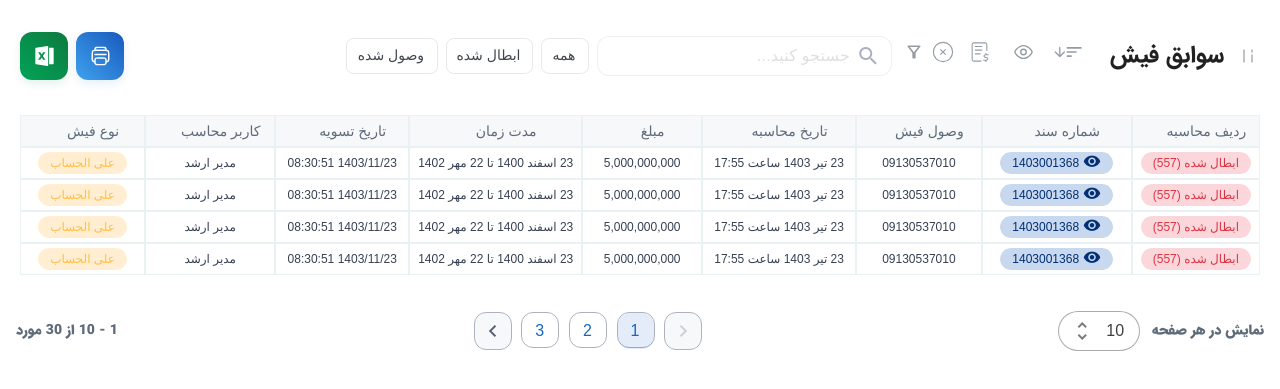
Repository: mobinazarein/data-table
Page: /
The author's editor kept a copy of each file at every save. The page is drawn from the files as they stood at one save, then again after the next save.
The browser window is 1280 px wide. The pictures show the whole page.
Some web fonts or font styles are not loaded; a fallback is used. The project was rebuilt for these pictures with package versions that can differ from the ones it lists, and the page was loaded fresh each time. Also part of the build but not shown: vue.config.js.

Above is the page before, as saved 2025-03-26 10:15:19.

### public/index.html
<!DOCTYPE html>
<html lang="en" dir="rtl">
  <head>
    <meta charset="utf-8">
    <meta http-equiv="X-UA-Compatible" content="IE=edge">
    <meta name="viewport" content="width=device-width,initial-scale=1.0">
    <link rel="icon" href="<%= BASE_URL %>favicon.ico">
    <title><%= htmlWebpackPlugin.options.title %></title>
  </head>
  <body>
    <noscript>
      <strong>We're sorry but <%= htmlWebpackPlugin.options.title %> doesn't
        work properly without JavaScript enabled. Please enable it to
        continue.</strong>
    </noscript>
    <div id="app"></div>
    <!-- built files will be auto injected -->
  </body>
</html>

### src/assets/base.scss
// @import "./styles/fonts";

*,
*::before,
*::after {
  box-sizing: border-box;
  margin: 0;
  font-weight: normal;
  font-family: "IRANSans", sans-serif;
  letter-spacing: 0;
}

body {
  font-family: "IRANSans", sans-serif !important;
}
h1,
h2 {
  font-family: "IRANSans", sans-serif;
  font-weight: 700;
}
p {
  font-family: "IRANSans", sans-serif;
  font-weight: 400;
}

### src/components/DataTable.vue
<template>
  <v-container fluid>
    <!-- desktop -->
    <v-row class="align-center py-3 px-1 d-none d-md-flex" no-gutters>
      <v-col cols="12" md="10" class="d-flex align-center  justify-start">
        <div class="d-flex align-center gap-24 justify-start">
          <div class="d-flex align-center text-nowrap">
            <component :is="iconComponent" />
            <h2 class="mr-3 ml-5 text-nowrap " style="white-space: nowrap;">{{ title }}</h2>
          </div>
          <!-- <PaginationIcon class="mx-1" />
          <EyeIcon class="mx-1" />
          <InvoiceIcon class="mx-1 ml-2" />
          <CircleCross class="mx-1 ml-2" />
          <FilterIcon class="mx-1" /> -->
          <div v-for="(icon, index) in iconList" :key="index">
            <component v-if="icon" :is="icon" class="mx-1" />
          </div>
          <v-text-field v-if="showSearchBtn" variant="outlined" density="compact" hide-details
            class="custom-text-field mx-2" label="جستجو کنید..." prepend-inner-icon="mdi-magnify" width="295.6875px" />
          <v-btn variant="outlined" color="gray" class="rounded-lg ml-2 filter-btn"
            style="max-width: 48px;min-width: 48px;font-size: 14px !important;">همه</v-btn>
          <v-btn variant="outlined" color="gray" class="ml-2 rounded-lg filter-btn"
            style="max-width: 87px;min-width: 87px;font-size: 14px !important;">ابطال شده</v-btn>
          <v-btn variant="outlined" color="gray" class="ml-2 rounded-lg filter-btn px-3"
            style="max-width: 92px;min-width: 92px;font-size: 14px !important;">وصول شده</v-btn>
        </div>
      </v-col>
      <v-col cols="auto" md="2" class="d-flex align-center justify-end" v-if="props.showExportButtons">
        <v-btn icon variant="flat" class="ml-2 printer-btn">
          <PrinterIcon />
        </v-btn>
        <v-btn icon variant="flat" class="excel-btn">
          <ExcelIcon />
        </v-btn>
      </v-col>
    </v-row>
    <!-- mobile-->
    <v-row class="align-center d-flex d-md-none flex-no-wrap justify-between ">
      <v-col cols="12" class="d-flex align-center flex-no-wrap">
        <v-row no-gutters>
          <v-col cols="12">
            <div class="d-flex justify-space-between gap-8">
              <h2 class="text-nowrap " style="font-size: 20px; font-weight: 700;">سوابق فیش</h2>
              <div class="d-flex">
                <v-btn variant="outlined"
                  style="max-width: 44px !important;min-width:44px !important;height: 40px !important;font-size: 12px;font-weight: 400;border-radius: 62px !important;"
                  color="gray" class="rounded-xl px-4 ml-2 filter-btn">همه</v-btn>
                <v-btn variant="outlined"
                  style="max-width: 80px !important;min-width:74px !important;height: 40px !important;font-size: 12px;font-weight: 400;border-radius: 42px !important;"
                  color="gray" class="ml-2 rounded-xl px-4 filter-btn">ابطال شده</v-btn>
                <v-btn variant="outlined" color="gray" class=" rounded-xl px-4 filter-btn ml-1"
                  style="max-width: 89px !important;min-width:77px !important;height: 40px !important;font-size: 12px;font-weight: 400;border-radius: 42px !important;">وصول
                  شده</v-btn>
              </div>
            </div>
          </v-col>
        </v-row>
      </v-col>
      <v-col cols="12" class="d-flex justify-center">
        <div class="d-flex flex-column ">
          <div class="gap-8 d-flex justify-space-between flex-wrap">
            <PaginationIcon class="mx-1" />
            <EyeIcon class="mx-1" />
            <InvoiceIcon class="mx-1" />
            <CircleCross class="mx-1 mt-3 mr-3" />
            <FilterIcon class="mx-1 mt-3 mr-3" />
            <PrinterIcon iconColor="#767E8A" class="mx-1 mt-3 mr-3" />
            <ExcelIcon iconColor="#767E8A" class="mx-1 mt-3 mr-3  ml-5" />
          </div>
          <v-text-field width="341px" variant="outlined" hide-details class="custom-text-field mx-2"
            label="جستجو کنید..." prepend-inner-icon="mdi-magnify" v-if="showSearchBtn" />
        </div>
      </v-col>
    </v-row>
    <v-row no-gutters class="px-1">
      <v-col cols="12" md="12" class="mt-5">
        <!-- <template v-slot:item.row="{ item }">
            <v-chip style="background-color: #FFEEF0;color: #DC3545;height: 22px;border-radius: 8px;font-size: 12px;"
              class="">
              {{ item.row }}
            </v-chip>
          </template>
<template v-slot:item.documentNumber="{ item }">
            <v-chip color="blue" class="ma-1 "
              style="width: 150px;height: 22px !important; border-radius: 8px;padding: 0;font-size: 12px;">
              <v-icon end color="#013075" size="xl" class="pa-0 mt-1">mdi-eye</v-icon>
              <v-btn variant="text" color="#013075" size="small">
                مشاهده [{{ item.documentNumber }}]
              </v-btn>
            </v-chip>
          </template>
<template v-slot:item.receiptType="{ item }">
            <v-chip style="background-color: #FFBE4C26;color: #FFBE4C;height: 22px;font-size: 12px;"
              class=" font-weight-bold">
              {{ item.receiptType }}
            </v-chip>
          </template> -->
        <v-data-table :headers="headers" :items="items" :items-per-page="props.itemsPerPage" hide-default-footer>
          <template v-for="column in props.customStyles" #[`item.${column.key}`]="{ item }" :key="column.key">
            <v-chip
              :style="{ backgroundColor: column.bgColor, color: column.textColor, height: '22px', fontSize: '12px', cursor: column.icon ? 'pointer' : 'default' }"
              class="font-weight-bold">
              <v-icon v-if="column.icon" :color="column.iconColor" :size="column.iconSize" class="ml-1 mb-1">
                {{ column.icon }}
              </v-icon>
              {{ item[column.key] }}
            </v-chip>
          </template>
        </v-data-table>
      </v-col>
    </v-row>
    <v-row class="justify-space-between d-md-none align-center px-1 mt-8 ">
      <div class="d-flex align-center ">
        <p class="footer-text">نمایش در هر صفحه</p>
        <v-select v-model="itemsPerPage" :items="[10, 20, 50]" density="compact" variant="outlined" rounded="pill"
          class="custom-select mr-3" hide-details menu-icon="mdi-unfold-more-horizontal"></v-select>
      </div>
      <div class="footer-middle">
        <span class="footer-text"> {{ startIndex }} - {{ endIndex }} از {{ totalItems }} مورد </span>
      </div>
      <div class="mt-5" style="margin-left: auto; margin-right: auto;">
        <v-pagination v-model="page" :length="totalPages" total-visible="5" rounded density="comfortable"
          color="primary" class="custom-pagination"></v-pagination>
      </div>
    </v-row>
    <v-row class="justify-space-between d-none d-md-flex align-center px-3 mt-8">
      <div class="d-flex align-center ">
        <p class="footer-text">نمایش در هر صفحه</p>
        <v-select v-model="itemsPerPage" :items="[10, 20, 50]" density="compact" variant="outlined" rounded="pill"
          class="custom-select mr-3" hide-details menu-icon="mdi-unfold-more-horizontal"></v-select>
      </div>
      <div class="footer-right">
        <v-pagination v-model="page" :length="totalPages" total-visible="5" rounded density="comfortable"
          color="primary" class="custom-pagination"></v-pagination>
      </div>
      <div class="footer-middle">
        <span class="footer-text"> {{ startIndex }} - {{ endIndex }} از {{ totalItems }} مورد </span>
      </div>
    </v-row>
  </v-container>
</template>
<script setup>
// import PauseIcon from '@/assets/Icons/PauseIcon.vue';
import PaginationIcon from '@/assets/Icons/PaginationIcon.vue';
import EyeIcon from '@/assets/Icons/EyeIcon.vue';
import InvoiceIcon from '@/assets/Icons/InvoiceIcon.vue';
import CircleCross from '@/assets/Icons/CircleCross.vue';
import FilterIcon from '@/assets/Icons/FilterIcon.vue';
import PrinterIcon from '@/assets/Icons/PrinterIcon.vue';
import ExcelIcon from '@/assets/Icons/ExcelIcon.vue';
import { ref, computed } from 'vue';
import { defineProps } from 'vue';
// const pageData = ref({
//   headers: [
//     { title: 'ردیف محاسبه', key: 'row', align: 'center', sortable: true, width: '121px' },
//     { title: 'شماره سند', key: 'documentNumber', align: 'center', sortable: true, width: '165px' },
//     { title: 'وصول فیش', key: 'receiptStatus', align: 'center', sortable: true, width: '139px' },
//     { title: 'تاریخ محاسبه', key: 'calculationDate', align: 'center', sortable: true, width: '159px' },
//     { title: 'مبلغ', key: 'amount', align: 'center', sortable: true, width: '139px' },
//     { title: 'مدت زمان', key: 'duration', align: 'center', sortable: true, width: '165px' },
//     { title: 'تاریخ تسویه', key: 'settlementDate', align: 'center', sortable: true, width: '139px' },
//     { title: 'کاربر محاسب', key: 'user', align: 'center', sortable: true, width: '139px' },
//     { title: 'نوع فیش', key: 'receiptType', align: 'center', sortable: true, width: '139px' }
//   ],
//   items: [
//     {
//       row: 'ابطال شده (557)',
//       documentNumber: '1403001368',
//       receiptStatus: '09130537010',
//       calculationDate: '23 تیر 1403 ساعت 17:55',
//       amount: '5,000,000,000',
//       duration: '23 اسفند 1400 تا 22 مهر 1402',
//       settlementDate: '1403/11/23 08:30:51',
//       user: 'مدیر ارشد',
//       receiptType: 'علی الحساب'
//     },
//     {
//       row: 'ابطال شده (557)',
//       documentNumber: '1403001368',
//       receiptStatus: '09130537010',
//       calculationDate: '23 تیر 1403 ساعت 17:55',
//       amount: '5,000,000,000',
//       duration: '23 اسفند 1400 تا 22 مهر 1402',
//       settlementDate: '1403/11/23 08:30:51',
//       user: 'مدیر ارشد',
//       receiptType: 'علی الحساب'
//     },
//     {
//       row: 'ابطال شده (557)',
//       documentNumber: '1403001368',
//       receiptStatus: '09130537010',
//       calculationDate: '23 تیر 1403 ساعت 17:55',
//       amount: '5,000,000,000',
//       duration: '23 اسفند 1400 تا 22 مهر 1402',
//       settlementDate: '1403/11/23 08:30:51',
//       user: 'مدیر ارشد',
//       receiptType: 'علی الحساب'
//     }, {
//       row: 'ابطال شده (557)',
//       documentNumber: '1403001368',
//       receiptStatus: '09130537010',
//       calculationDate: '23 تیر 1403 ساعت 17:55',
//       amount: '5,000,000,000',
//       duration: '23 اسفند 1400 تا 22 مهر 1402',
//       settlementDate: '1403/11/23 08:30:51',
//       user: 'مدیر ارشد',
//       receiptType: 'علی الحساب'
//     }
//   ]
// });
const props = defineProps({
  itemsPerPage: {
    type: Number,
    default: 10,
  },
  showExportButtons: {
    type: Boolean,
    default: true,
  },
  showSearchBtn: {
    type: Boolean,
    default: true
  },
  customStyles: { type: Array, default: () => [] },
  customIcon: { type: Array, default: () => [] },
  headers: { type: Array, required: true },
  items: { type: Array, required: true },
  title: {
    type: String,
    required: true
  },
  iconComponent: {
    type: [String, Object],
    required: true
  },
  iconList: {
    type: Array,
    required: true
  },
});
const page = ref(1);
const totalItems = ref(30);
const itemsPerPage = ref(props.itemsPerPage);
const totalPages = computed(() => Math.ceil(totalItems.value / itemsPerPage.value));
const startIndex = computed(() => (page.value - 1) * itemsPerPage.value + 1);
const endIndex = computed(() => Math.min(page.value * itemsPerPage.value, totalItems.value));
</script>
<style>
.custom-text-field :deep(.v-input__control) {
  height: 38px;
}

.v-field.v-field--center-affix.v-field--prepended.v-field--variant-outlined.v-theme--light.v-locale--is-rtl {
  border-radius: 12px !important;
}

.excel-btn {
  background: linear-gradient(45deg, #02A357, #0D7A40) !important;
  color: white !important;
  border-radius: 12px !important;
  box-shadow: 0px 4px 10px #0A88481A !important;
  width: 48px !important;
  height: 48px !important;
}

.printer-btn {
  border-radius: 12px !important;
  box-shadow: 0px 4px 10px #216BCA1A !important;
  background: linear-gradient(45deg, #3FA2ED, #1859BD) !important;
  color: white !important;
  width: 48px !important;
  height: 48px !important;
}

.filter-btn:hover,
.filter-btn:focus,
.filter-btn.v-btn--active {
  background-color: #B8DADA !important;
  color: #148976 !important;
  border-color: #148976 !important;
}

.v-field__prepend-inner {
  color: #737993;
}

label.v-label.v-field-label {
  color: #C7CACF;
}

.v-field.v-field--center-affix.v-field--prepended.v-field--variant-outlined.v-theme--light.v-locale--is-rtl {
  color: #77787f4d;
}

.filter-btn {
  border-color: #AEB2C04D !important;
  color: #40474F !important;
  line-height: 180% !important;
  padding: 0px 12px !important;
}

/* .v-table__wrapper {
  overflow: hidden;
} */
.v-data-table thead {
  background-color: #F6F8FA !important;
  width: 138.41665649414062px;
  height: 32px !important;
}

.v-data-table thead th {
  height: 32px !important;
  color: #5F6B7A !important;
  font-weight: 700 !important;
  border: 1px solid #EAF1F2 !important;
  padding: 0 8px !important;
}

.v-data-table tbody tr td {
  height: 32px !important;
  color: #364153 !important;
  font-weight: 500 !important;
  border: 1px solid #EAF1F2 !important;
  white-space: nowrap !important;
  overflow: hidden !important;
  text-overflow: ellipsis !important;
  height: 32px !important;
  padding: 0 8px !important;
  font-size: 12px !important;
  padding: 0 8px !important;
  font-weight: 400 !important;
}

.v-data-table tbody tr {
  height: 32px !important;
}

td.v-data-table__td.v-data-table-column--align-center {
  font-size: 12px !important;
  height: 32px !important
}

th {
  white-space: nowrap;
}

.footer-text {
  color: #5F6B7A;
  font-size: 14px;
  font-weight: 500;
}

.custom-select {
  max-width: 90px;
}

.custom-pagination {
  --v-pagination-height: 40px;
}

.custom-pagination .v-pagination__item {
  border-radius: 12px !important;
  min-width: 36px !important;
  height: 36px !important;
  font-size: 14px !important;
  color: #5B6176 !important;
  border: 1px solid #AEB2C0 !important;
}

.custom-pagination .v-pagination__item--active {
  border-radius: 12px !important;
  min-width: 36px !important;
  height: 36px !important;
  background-color: #B8DADA !important;
  color: #148976 !important;
  border: 1px solid #148976 !important;
  font-weight: bold !important;
  box-shadow: none !important;
}

button.v-btn.v-btn--icon.v-theme--light.text-primary.v-btn--density-comfortable.v-btn--rounded.v-btn--size-default.v-btn--variant-text {
  border-radius: 12px !important;
}

.custom-pagination .v-pagination__prev,
.custom-pagination .v-pagination__next {
  border-radius: 12px !important;
  background-color: #F6F8FA !important;
  color: #5B6176 !important;
  border: 1px solid #AEB2C0 !important;
}

.mdi-chevron-right::before {
  color: #5B6176 !important;
}

.mdi-chevron-left::before {
  color: #5B6176 !important;
}

.custom-pagination .v-pagination__prev:hover,
.custom-pagination .v-pagination__next:hover,
.custom-pagination .v-pagination__prev:focus,
.custom-pagination .v-pagination__next:focus,
.custom-pagination .v-pagination__prev.v-pagination__item--active,
.custom-pagination .v-pagination__next.v-pagination__item--active {
  border: 1px solid #148976 !important;
  color: #148976 !important;
}

.custom-pagination .v-pagination__item--active,
.custom-pagination .v-pagination__item:focus {
  border-radius: 12px !important;
  min-width: 36px !important;
  height: 36px !important;
  background-color: #D8EEF2 !important;
  color: #148976 !important;
  border: 1px solid #148976 !important;
  font-weight: bold !important;
}

.custom-pagination .v-pagination__item:hover {
  border: 1px solid #148976 !important;
  color: #148976 !important;
}

.custom-pagination .v-pagination__prev:hover,
.custom-pagination .v-pagination__next:hover {
  border: 1px solid #148976 !important;
  color: #148976 !important;
}

.footer-middle {
  font-size: 14px;
  color: #5F6B7A;
  font-weight: 500;
}
</style>

### src/assets/Icons/PauseIcon.vue
<template>
    <svg width="24" height="24" viewBox="0 0 24 24" fill="none" xmlns="http://www.w3.org/2000/svg">
        <path d="M8 6V18M16 6V8M16 18V11" stroke="#ADB0B4" stroke-width="1.5" stroke-linecap="round"
            stroke-linejoin="round" />
    </svg>
</template>

### src/assets/Icons/PaginationIcon.vue
<template>
    <svg width="36" height="48" viewBox="0 0 36 48" fill="none" xmlns="http://www.w3.org/2000/svg">
<path d="M9.79481 19.4529V28.5469M9.79481 28.5469L14.3418 23.9999M9.79481 28.5469L5.2478 23.9999" stroke="#969CA6" stroke-width="1.29915" stroke-linecap="round" stroke-linejoin="round"/>
<path d="M16.7693 28.9231H21.6924V27.282H16.7693V28.9231ZM16.7693 19.0769V20.7179H31.5385V19.0769H16.7693ZM16.7693 24.8205H26.6154V23.1795H16.7693V24.8205Z" fill="#969CA6"/>
</svg>
</template>

### src/assets/Icons/EyeIcon.vue
<template>
    <svg width="37" height="48" viewBox="0 0 37 48" fill="none" xmlns="http://www.w3.org/2000/svg">
<path d="M18.5 17.5833C21.4713 17.5833 24.0781 19.7396 25.7446 21.5522C26.4843 22.3568 26.8542 22.7591 26.979 23.5925C27.0096 23.7966 27.0096 24.2033 26.979 24.4073C26.8542 25.2407 26.4843 25.643 25.7446 26.4477C24.0781 28.2603 21.4713 30.4166 18.5 30.4166C15.5288 30.4166 12.922 28.2603 11.2555 26.4477C10.5158 25.643 10.1459 25.2407 10.0211 24.4073C9.99049 24.2033 9.99049 23.7966 10.0211 23.5925C10.1459 22.7591 10.5158 22.3568 11.2555 21.5522C12.922 19.7396 15.5288 17.5833 18.5 17.5833Z" stroke="#969CA6" stroke-width="1.375" stroke-linejoin="round"/>
<path d="M21.25 24C21.25 25.5188 20.0188 26.75 18.5 26.75C16.9812 26.75 15.75 25.5188 15.75 24C15.75 22.4812 16.9812 21.25 18.5 21.25C20.0188 21.25 21.25 22.4812 21.25 24Z" stroke="#969CA6" stroke-width="1.375" stroke-linejoin="round"/>
</svg>
</template>

### src/assets/Icons/CircleCross.vue
<template>
    <svg width="22" height="22" viewBox="0 0 21 20" fill="none" xmlns="http://www.w3.org/2000/svg">
        <path
            d="M7.90736 7.40719L13.0928 12.5926M13.0927 7.40719L7.90726 12.5926M19.6667 9.99992C19.6667 15.0625 15.5627 19.1666 10.5 19.1666C5.43743 19.1666 1.33337 15.0625 1.33337 9.99992C1.33337 4.93731 5.43743 0.833252 10.5 0.833252C15.5627 0.833252 19.6667 4.93731 19.6667 9.99992Z"
            stroke="#969CA6" stroke-width="1.1" />
    </svg>
</template>

### src/assets/Icons/FilterIcon.vue
<template>
    <svg width="20" height="20" viewBox="0 0 20 20" fill="none" xmlns="http://www.w3.org/2000/svg">
<path d="M5.90159 5.07682H14.1067L9.99595 10.246L5.90159 5.07682ZM3.64518 4.75682C5.30262 6.88194 8.36313 10.8204 8.36313 10.8204V15.7435C8.36313 16.1948 8.73236 16.564 9.18364 16.564H10.8247C11.276 16.564 11.6452 16.1948 11.6452 15.7435V10.8204C11.6452 10.8204 14.6975 6.88194 16.3549 4.75682C16.7734 4.21528 16.3877 3.43579 15.7067 3.43579H4.29339C3.61236 3.43579 3.22672 4.21528 3.64518 4.75682Z" fill="#969CA6"/>
</svg>
</template>

### src/assets/styles/_fonts.scss
@font-face {
  font-family: "IRANSans";
  src: url("/public/fonts/IRANSans.woff2") format("woff2");
  font-weight: 400;
  font-style: normal;
  font-display: swap;
}

@font-face {
  font-family: "IRANSans";
  src: url("/public/fonts/IRANSans_Black.woff2") format("woff2");
  font-weight: 500;
  font-style: normal;
  font-display: swap;
}

@font-face {
  font-family: "IRANSans";
  src: url("/public/fonts/IRANSans_Bold.woff2") format("woff2");
  font-weight: 800;
  font-style: normal;
  font-display: swap;
}

### src/assets/Icons/ExcelIcon.vue
<template>
    <svg
      width="23"
      height="22"
      viewBox="0 0 23 22"
      fill="none"
      xmlns="http://www.w3.org/2000/svg"
      :style="{ color: iconColor }"
    >
      <g clip-path="url(#clip0_397_6997)">
        <path
          d="M3.12085 2.63712L14.6434 0.991705C14.7084 0.982376 14.7747 0.987136 14.8377 1.00566C14.9007 1.02419 14.959 1.05604 15.0087 1.09908C15.0583 1.14211 15.0981 1.19531 15.1254 1.25507C15.1527 1.31483 15.1668 1.37976 15.1668 1.44546V20.5543C15.1668 20.6199 15.1527 20.6847 15.1254 20.7444C15.0982 20.8041 15.0585 20.8573 15.009 20.9003C14.9594 20.9433 14.9012 20.9752 14.8383 20.9938C14.7754 21.0124 14.7092 21.0172 14.6443 21.008L3.11994 19.3626C2.90142 19.3315 2.70147 19.2226 2.55682 19.0559C2.41216 18.8892 2.33252 18.6758 2.33252 18.4551V3.54462C2.33252 3.3239 2.41216 3.11059 2.55682 2.94388C2.70147 2.77716 2.90234 2.66824 3.12085 2.63712ZM16.0834 2.74987H19.7501C19.9932 2.74987 20.2264 2.84645 20.3983 3.01836C20.5702 3.19027 20.6668 3.42342 20.6668 3.66654V18.3332C20.6668 18.5763 20.5702 18.8095 20.3983 18.9814C20.2264 19.1533 19.9932 19.2499 19.7501 19.2499H16.0834V2.74987ZM9.8501 10.9999L12.4168 7.33321H10.2168L8.7501 9.42871L7.28344 7.33321H5.08344L7.6501 10.9999L5.08344 14.6665H7.28344L8.7501 12.571L10.2168 14.6665H12.4168L9.8501 10.9999Z"
          fill="currentColor"
        />
      </g>
      <defs>
        <clipPath id="clip0_397_6997">
          <rect width="22" height="22" fill="white" transform="translate(0.5)" />
        </clipPath>
      </defs>
    </svg>
  </template>

  <script setup>
  import { defineProps } from 'vue';

  defineProps({
    iconColor: {
      type: String,
      default: 'white',
    },
  });
  </script>

Loaded but not shown: src/plugins/vuetify.js (17 lines, source omitted); src/main.js (9 lines, source omitted); src/App.vue (89 lines, source omitted); src/assets/Icons/InvoiceIcon.vue (5 lines, source omitted); src/assets/Icons/PrinterIcon.vue (29 lines, source omitted)

After the next save:
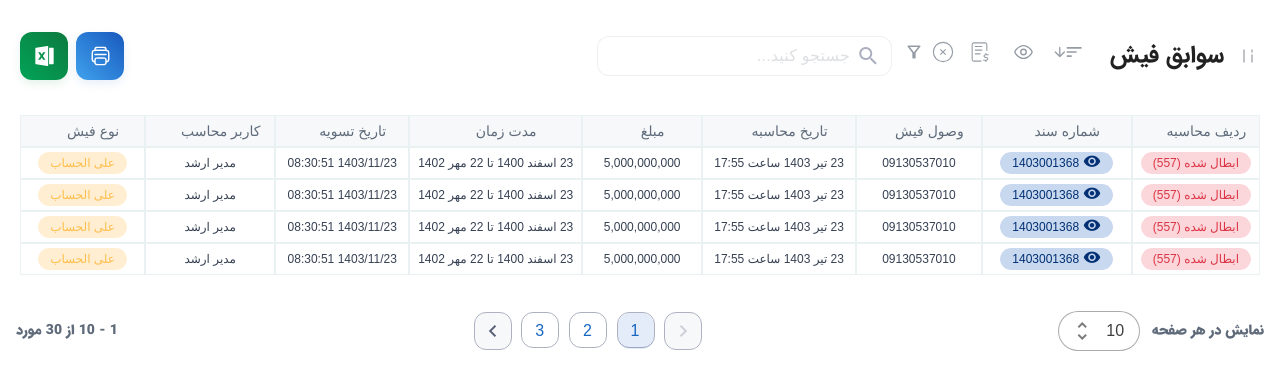
Saved 6 min 6 s later.
--- a/src/components/DataTable.vue
+++ b/src/components/DataTable.vue
@@ -18,12 +18,17 @@
           </div>
           <v-text-field v-if="showSearchBtn" variant="outlined" density="compact" hide-details
             class="custom-text-field mx-2" label="جستجو کنید..." prepend-inner-icon="mdi-magnify" width="295.6875px" />
-          <v-btn variant="outlined" color="gray" class="rounded-lg ml-2 filter-btn"
+          <!-- <v-btn variant="outlined" color="gray" class="rounded-lg ml-2 filter-btn"
             style="max-width: 48px;min-width: 48px;font-size: 14px !important;">همه</v-btn>
           <v-btn variant="outlined" color="gray" class="ml-2 rounded-lg filter-btn"
             style="max-width: 87px;min-width: 87px;font-size: 14px !important;">ابطال شده</v-btn>
           <v-btn variant="outlined" color="gray" class="ml-2 rounded-lg filter-btn px-3"
-            style="max-width: 92px;min-width: 92px;font-size: 14px !important;">وصول شده</v-btn>
+            style="max-width: 92px;min-width: 92px;font-size: 14px !important;">وصول شده</v-btn> -->
+          <v-btn v-for="(button, index) in buttons" :key="index" variant="outlined" color="gray"
+            class="ml-2 rounded-lg filter-btn"
+            :style="{ maxWidth: button.width + 'px', minWidth: button.width + 'px', fontSize: '14px !important' }">
+            {{ button.label }}
+          </v-btn>
         </div>
       </v-col>
       <v-col cols="auto" md="2" class="d-flex align-center justify-end" v-if="props.showExportButtons">

After the save that followed:
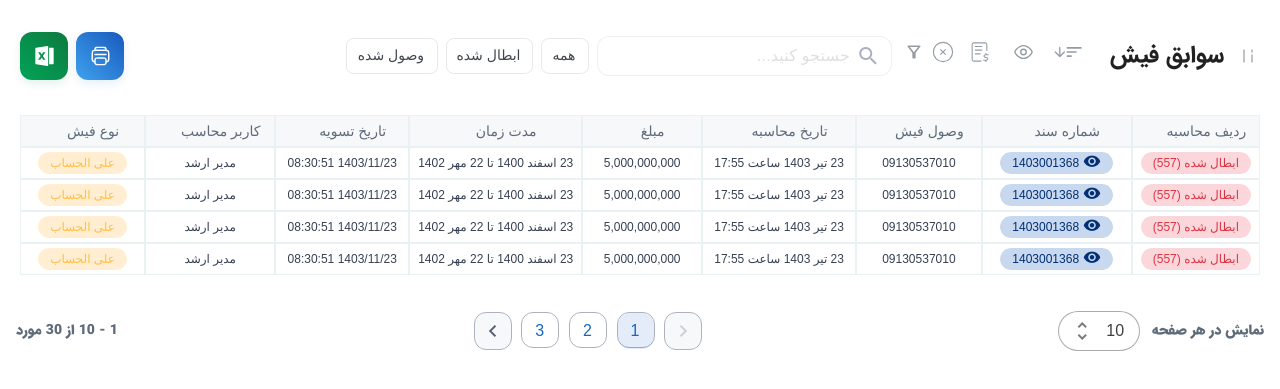
Saved 29 s later.
--- a/src/components/DataTable.vue
+++ b/src/components/DataTable.vue
@@ -243,6 +243,15 @@
     type: Array,
     required: true
   },
+  buttons: {
+    type: Array,
+    required: true,
+    default: () => [
+      { label: "همه", width: 48 },
+      { label: "ابطال شده", width: 87 },
+      { label: "وصول شده", width: 92 }
+    ]
+  }
 });
 const page = ref(1);
 const totalItems = ref(30);
